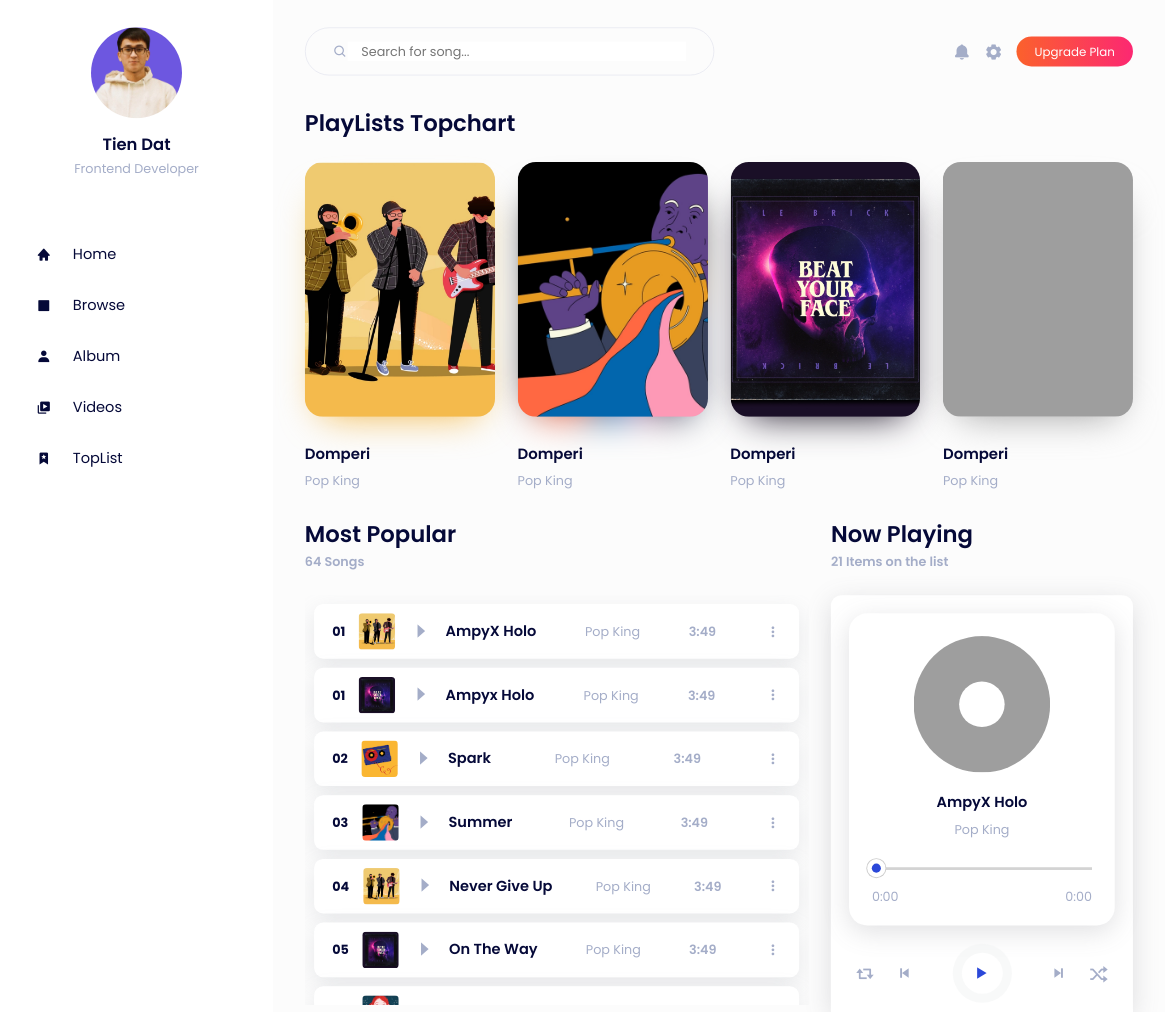
Repository: Datt21/music-webapp
Page: index.html
These files come from the project's save history. The page is drawn as it stood at one moment and after the next save; the edit follows.
The browser window is 1280 px wide. The pictures show the whole page, at 91% of full size.
Pictures or frames that could not be fetched are drawn as grey boxes. An inner scrolling area shows only its first screen. The style sheet was rebuilt from its Sass, Less or Tailwind sources for each picture, by a compiler version that may differ from the author's.

Above is the page before, as saved 2021-09-11 07:50:06.

### index.html
<!DOCTYPE html>
<html lang="en">
<head>
    <meta charset="UTF-8">
    <meta http-equiv="X-UA-Compatible" content="IE=edge">
    <meta name="viewport" content="width=device-width, initial-scale=1.0">
    <title>Music App</title>
    <!--------------- Icon ------------------->
    <link href='https://unpkg.com/boxicons@2.0.9/css/boxicons.min.css' rel='stylesheet'>

    <!-------------- Fonts ------------------>
    <link rel="preconnect" href="https://fonts.gstatic.com" />
    <link
      href="https://fonts.googleapis.com/css2?family=Poppins:wght@300;400;600;700&display=swap"
      rel="stylesheet"
    />

    <!--------------- Css -------------------->
    <link rel="stylesheet" href="./app.css">

</head>
<body>
    <div class="wrapper">
        <div class="sidebar">
            <div class="profile">
                <img src="./images/img-me.jpg" alt="" class="profile-avatar">
                <h3 class="profile-name">Tien Dat</h3>
                <span class="profile-position">Frontend Developer</span>
            </div>

            <ul class="menu">
                <li class="menu-item">
                    <a href="#" class="menu-link">
                        <i class='bx bxs-home menu-icon'></i><span>Home</span>
                    </a>
                </li>
                <li class="menu-item">
                    <a href="#" class="menu-link">
                        <i class='bx bxs-square menu-icon'></i><span>Browse</span>
                    </a>
                </li>
                <li class="menu-item">
                    <a href="#" class="menu-link">
                        <i class='bx bxs-user menu-icon'></i><span>Album</span>
                    </a>
                </li>
                <li class="menu-item">
                    <a href="#" class="menu-link">
                        <i class='bx bxs-videos menu-icon'></i><span>Videos</span>
                    </a>
                </li>
                <li class="menu-item">
                    <a href="#" class="menu-link">
                        <i class='bx bxs-bookmark-star menu-icon'></i><span>TopList</span>
                    </a>
                </li>
            </ul>
        </div>
        <!------ main ------>
        <div class="main">
            <!-- header -->
            <div class="header">
                <div class="search">
                    <i class='bx bx-search search-icon'></i>
                    <input type="text" inputmode="search"
                    placeholder="Search for song..."
                    class="search-input"/>
                </div>
                <div class="tool">
                    <i class='bx bxs-bell tool-icon'></i>
                    <i class='bx bxs-cog tool-icon' ></i>
                    <a href="#" class="tool-upgrade">Upgrade plan</a>
                </div>
            </div>
            <!-- end header -->
            <div class="block-box">
                <h2 class="heading">PlayLists Topchart</h2>
            </div>
            <!-- list -->
            <div class="billboard">
                <div class="billboard-item">
                    <div class="billboard-media">
                        <img src="./images/musicband.jpg" alt="" class="billboard-image">
                        <img src="./images/musicband.jpg" alt="" class="billboard-image-shadow">
                    </div>
                    <h3 class="billboard-title">Domperi</h3>
                    <a href="#" class="billboard-type">Pop King</a>
                </div>
                <div class="billboard-item">
                    <div class="billboard-media">
                        <img src="./images/single.jpg" alt="" class="billboard-image">
                        <img src="./images/single.jpg" alt="" class="billboard-image-shadow">
                    </div>
                    <h3 class="billboard-title">Domperi</h3>
                    <a href="#" class="billboard-type">Pop King</a>
                </div>
                <div class="billboard-item">
                    <div class="billboard-media">
                        <img src="./images/Beat.jpg" alt="" class="billboard-image">
                        <img src="./images/Beat.jpg" alt="" class="billboard-image-shadow">
                    </div>
                    <h3 class="billboard-title">Domperi</h3>
                    <a href="#" class="billboard-type">Pop King</a>
                </div>
                <div class="billboard-item">
                    <div class="billboard-media">
                        <img src="./images/bc272ecce9bec415eb28b7fe65e99117.png" alt="" class="billboard-image">
                        <img src="./images/bc272ecce9bec415eb28b7fe65e99117.png" alt="" class="billboard-image-shadow">
                    </div>
                    <h3 class="billboard-title title">Domperi</h3>
                    <a href="#" class="billboard-type type">Pop King</a>
                </div>


            </div>
            <!-- end list -->
            <!-- content -->
            <div class="content">
                <!-- show lists -->
                <div class="content-item">
                    <div class="block-box">
                        <h2 class="heading">Most popular</h2>
                        <span class="count">64 Songs</span>
                    </div>

                    <div class="song-list" id="show-song">
                        <div class="song" data-index="0">
                            <span class="song-index">01</span>
                            <img src="./images/musicband.jpg" alt="" class="song-image">
                            <i class='bx bx-caret-right song-play' ></i>
                            <h4 class="song-title">AmpyX Holo</h4>
                            <h5 class="song-album">Pop King</h5>
                            <time class="song-time">3:49</time>
                            <i class='bx bx-dots-vertical-rounded song-icon'></i>
                        </div>
                    </div>
                </div>

                <!-- play list -->
                <div class="content-item">
                    <div class="block-box">
                        <h2 class="heading">Now playing</h2>
                        <span class="count">21 Items on the list</span>
                    </div>
                    <div class="player">
                        <div class="player-box">
                            <div class="player-media">
                                <img src="./images/bc272ecce9bec415eb28b7fe65e99117.png" alt="" class="player-image">
                            </div>
                            <h3 class="player-title title">AmpyX Holo</h3>
                            <span class="player-type type">Pop King</span>
                            <div class="progress">
                                <input
                                 type="range"
                                 min="0"
                                 max=""
                                 value="0"
                                 id="progress-bar"
                                 class="bar"
                                 />
                                 <audio src="./Files/TunePocket-Never-Give-Up-Preview.mp3" id="song"></audio>

                            </div>
                            <div class="player-number">
                                <span class="player-duration">0:00</span>
                                <span class="player-remaining">0:00</span>
                            </div>
                        </div>
                        <div class="player-tool">
                            <i class='bx bx-repost player-repeat'></i>
                            <i class='bx bx-skip-previous player-prev'></i>
                            <i class='bx bx-play player-play'></i>
                            <i class='bx bx-skip-next player-next'></i>
                            <i class='bx bx-shuffle player-ramdom'></i>
                        </div>
                    </div>
                </div>
            </div>
            <!-- end content -->


        </div>
        <!------ end main ------>
    </div>


    <!--========= JS =======-->
    <script src="./app.js"></script>
</body>
</html>

### app.js
let playing = true;
let random = false;

const playBtn = document.querySelector('.player-play');
const nextBtn = document.querySelector('.player-next');
const prevBtn = document.querySelector('.player-prev');
const thumb = document.querySelector('.player-image');
// const song = document.querySelector('.player-song');
const songList = document.querySelectorAll('.song');
const songType = document.querySelectorAll('.player-type');
const songTitle = document.querySelectorAll('.player-title');
const progressBar = document.querySelector('#progress-bar');

let songIndex = 0;

let songs = [
    {
        id : '01',
        idd: '1',
        name: 'Ampyx Holo',
        type: 'Pop King',
        image: './images/Beat.jpg',
        song: './files/Picking Up A Girl.mp3'
    },
    {
        id : '02',
        idd: '2',
        name: 'Spark',
        type: 'Pop King',
        image: './images/diadon.jpg',
        song: './files/spark.mp3'
    },
    {
        id : '03',
        idd: '3',
        name: 'Summer',
        type: 'Pop King',
        image: './images/single.jpg',
        song: './files/summer.mp3'
    },
    {
        id : '04',
        idd: '4',
        name: 'Never Give Up',
        type: 'Pop King',
        image: './images/musicband.jpg',
        song: './files/TunePocket-Never-Give-Up-Preview.mp3'
    },
    {
        id : '05',
        idd: '5',
        name: 'On The Way',
        type: 'Pop King',
        image: './images/Beat.jpg',
        song: './files/TunePocket-On-The-Way-To-Eternity-Preview.mp3'
    },
    {
        id : '06',
        idd: '6',
        name: 'A Big Day Ahead',
        type: 'Pop King',
        image: './images/Anne.jpg',
        song: './files/A Big Day Ahead.mp3'
    },
    {
        id : '07',
        idd: '7',
        name: 'A Nature Symphony',
        type: 'Pop King',
        image: './images/Beat.jpg',
        song: './files/A Nature Symphony.mp3'
    },
    {
        id : '08',
        idd: '8',
        name: 'Ampyx Holo',
        type: 'Pop King',
        image: './images/Beat.jpg',
        song: './files/03. Picking Up A Girl.mp3'
    },
    {
        id : '09',
        idd: '9',
        name: 'Ampyx Holo',
        type: 'Pop King',
        image: './images/Beat.jpg',
        song: './files/03. Picking Up A Girl.mp3'
    },
    {
        id : '10',
        idd: '10',
        name: 'Ampyx Holo',
        type: 'Pop King',
        image: './images/Beat.jpg',
        song: './files/03. Picking Up A Girl.mp3'
    },
    {
        id : '11',
        idd: '11',
        name: 'Ampyx Holo',
        type: 'Pop King',
        image: './images/Beat.jpg',
        song: './files/03. Picking Up A Girl.mp3'
    },
    {
        id : '12',
        idd: '12',
        name: 'Ampyx Holo',
        type: 'Pop King',
        image: './images/Beat.jpg',
        song: './files/03. Picking Up A Girl.mp3'
    },
    {
        id : '13',
        idd: '13',
        name: 'Ampyx Holo',
        type: 'Pop King',
        image: './images/Beat.jpg',
        song: './files/03. Picking Up A Girl.mp3'
    },
    {
        id : '14',
        idd: '14',
        name: 'Ampyx Holo',
        type: 'Pop King',
        image: './images/Beat.jpg',
        song: './files/03. Picking Up A Girl.mp3'
    },
];

let show_song = document.querySelector('#show-song');

songs.forEach(e => {
    let list = `
    <div class="song" data-index="${e.idd}">
        <span class="song-index">${e.id}</span>
        <img src="${e.image}" alt="" class="song-image">
        <i class='bx bx-caret-right song-play' ></i>
        <h4 class="song-title">${e.name}</h4>
        <h5 class="song-album">${e.type}</h5>
        <time class="song-time">3:49</time>
        <i class='bx bx-dots-vertical-rounded song-icon'></i>
    </div>
    `
    show_song.insertAdjacentHTML("beforeend", list)
})

function handleClickEachSong(e) {
    const index = parseInt(e.target.dataset.index);
    nextSong(index);
}

function playPause() {
    if(playing) {
        const song = document.querySelector('#song');
        song.play();
        thumb.classList.add('is-playing');
        playBtn.classList.add('bx-pause');
        playing = false;
    }else{
        thumb.classList.remove('is-playing');
        playBtn.classList.remove('bx-pause');
        song.pause();
        clearTimeout(timer);
    }
}

### app.scss
$gray: #050938;
$gray-light: #a4adc8;
$primary: #2b48d9;
$orange: #fb612c;
$red: #fc2872;

html {
    box-sizing: border-box;
}

* {
    margin: 0;
    padding: 0;
}

*,
*:before,
*:after {
    box-sizing: border-box;
}

input,
textarea,
select,
button {
    outline: none;
    font-family: "Poppins", sans-serif;
    font-size: 14px;
    line-height: normal;
}

label,
button {
    cursor: pointer;
}

a {
    text-decoration: none;
}

img {
    display: block;
    max-width: 100%;
}

ul {
    list-style: none;
}

body {
    font-family: "Poppins", sans-serif;
    font-size: 14px;
    line-height: 1;
    background-color: white;
    color: $gray-light;
    -webkit-font-smoothing: antialiased;
    -moz-osx-font-smoothing: grayscale;
    max-width: 1920px;
    margin: 0 auto;
}

.wrapper {
    display: grid;
    grid-template-columns: 300px 1fr;
    grid-gap: 0;
    background-color: #fcfcfc;
    min-height: 130vh;
}

.sidebar {
    padding: 30px;
    background-color: white;
}

.profile {
    text-align: center;
    margin-bottom: 70px;
    &-avatar {
        width: 100px;
        height: 100px;
        border-radius: 100rem;
        object-fit: cover;
        margin: 0 auto 20px;
        box-shadow: rgba(100, 100, 111, 0.2);
    }
    &-name {
        font-weight: 600;
        font-size: 18px;
        color: $gray;
        margin-bottom: 10px;
    }
}

.menu {
    &-item {
        margin-bottom: 20px;
    }
    &-link {
        display: flex;
        align-items: center;
        padding: 10px;
        color: $gray;
        font-size: 16px;
    }
    &-link:hover {
        color: $primary;
    }
    &-icon {
        width: 25px;
        margin-right: 15px;
    }
}

.main {
    padding: 30px 35px 0;
}

.header {
    display: flex;
    justify-content: space-between;
    align-items: center;
    margin-bottom: 40px;
}

.search {
    padding: 15px 30px;
    border: 1px solid #e9ebf2;
    border-radius: 100px;
    display: flex;
    align-items: center;
    width: 100%;
    max-width: 450px;
    &-icon {
        flex: 1;
        font-size: 16px;
    }
    &-input {
        border: 0;
        outline: none;
        width: 100%;
        padding: 0 15px;
    }
}

.tool {
    font-size: 20px;
    display: flex;
    align-items: center;
    &-icon {
        margin-right: 15px;
    }
    &-upgrade {
        display: inline-block;
        padding: 10px 20px;
        color: white;
        align-items: center;
        background-image: linear-gradient(to right, $orange, $red);
        border-radius: 50px;
        font-size: 13px;
        text-transform: capitalize;
    }
}

.block-box {
    margin-bottom: 30px;
}

.heading {
    font-size: 25px;
    color: $gray;
    margin-bottom: 10px;
    font-weight: 600;
    text-transform: capitalize;
}

.billboard {
    display: grid;
    grid-template-columns: repeat(4, 1fr);
    grid-gap: 25px;
    margin-bottom: 40px;
    &-media {
        position: relative;
    }
    &-image {
        width: 100%;
        height: 280px;
        object-fit: cover;
        margin-bottom: 30px;
        position: relative;
        z-index: 2;
        border-radius: 20px;
    }
    &-image-shadow {
        position: absolute;
        top: 20px;
        left: 0;
        filter: blur(24px);
        width: 100%;
        height: 100%;
        border-radius: 20px;
        transform: scale(0.85);
    }
    &-title {
        margin-bottom: 10px;
        color: $gray;
        font-weight: 600;
        text-transform: capitalize;
        display: -webkit-box;
        -webkit-line-clamp: 1;
        -webkit-box-orient: vertical;
        overflow: hidden;
        text-overflow: ellipsis;
        word-break: break-word;
        line-height: 1.4;
    }

    &-type {
        text-transform: capitalize;
        color: $gray-light;
    }
}

.count {
    font-weight: 600;
}

.content {
    display: grid;
    grid-template-columns: 2fr 1.2fr;
    grid-gap: 25px;
}

.song-list {
    padding: 10px;
    max-height: 450px;
    overflow-y: auto;
    -ms-overflow-style: none;
    scrollbar-width: none;
    &::-webkit-scrollbar {
        display: none;
    }
}

.song {
    padding: 10px 20px;
    background-color: white;
    border-radius: 10px;
    box-shadow: rgba(149, 157, 165, 0.2) 0px 8px 24px;
    display: flex;
    align-items: center;
    margin-bottom: 10px;
    cursor: pointer;
    &-index {
        font-weight: bold;
        color: $gray;
        margin-right: 15px;
    }
    &-image {
        width: 40px;
        height: 40px;
        border-radius: 4px;
        object-fit: cover;
        flex-shrink: 0;
    }
    &-play {
        margin: 0 15px;
        font-size: 25px;
    }
    &-title {
        font-weight: 600;
        font-size: 16px;
        color: $gray;
    }
    &-album {
        font-weight: 400;
        font-size: 14px;
        margin-left: auto;
    }
    &-time {
        margin: 0 auto;
        font-weight: 600;
    }
    &-icon {
        font-size: 18px;
        font-weight: 400;
    }
}

.player {
    background-color: white;
    padding: 20px;
    border-radius: 12px 12px 0 0;
    box-shadow: rgba(100, 100, 111, 0.2) 0px 7px 29px 0px;
    &-box {
        box-shadow: rgba(100, 100, 111, 0.2) 0px 7px 29px 0px;
        padding: 25px;
        display: flex;
        align-items: center;
        justify-content: center;
        flex-direction: column;
        text-align: center;
        border-radius: 20px;
        max-width: 300px;
        margin: 0 auto 30px;
    }
    &-media {
        position: relative;
        width: 150px;
        height: 150px;
        border-radius: 100rem;
        margin-bottom: 25px;
        &::before {
            content: "";
            width: 50px;
            height: 50px;
            background-color: white;
            border-radius: 100px;
            position: absolute;
            top: 50%;
            left: 50%;
            transform: translate(-50%, -50%);
            z-index: 10;
        }
    }
    &-image {
        width: 100%;
        height: 100%;
        object-fit: cover;
        border-radius: inherit;
    }
    &-number {
        display: flex;
        justify-content: space-between;
        align-items: center;
        width: 100%;
    }
    &-title {
        font-weight: 600;
        font-size: 16px;
        color: $gray;
        margin-bottom: 15px;
    }

    &-tool {
        display: flex;
        justify-content: space-between;
        align-items: center;
        max-width: 280px;
        margin: 0 auto;
    }
    &-play {
        color: $primary;
        width: 45px;
        height: 45px;
        border-radius: 100rem;
        display: flex;
        justify-content: center;
        align-items: center;
        cursor: pointer;
        background-color: white;
        box-shadow: 0 0 0 10px rgba(#f2f3f4, 0.5);
        font-size: 25px;
        margin: 0 30px;
    }
    &-next,
    &-prev {
        cursor: pointer;
        font-size: 25px;
    }
    &-repeat,
    &-ramdom {
        cursor: pointer;
        font-size: 23px;
    }
}

.player-image.is-playing {
    animation: rotate 10s forwards infinite linear;
}
@keyframes rotate {
    to {
        transform: rotate(360deg);
    }
}

.progress {
    margin-bottom: 20px;
    margin-top: 25px;
    width: 100%;
    position: relative;
}

.player-title.title {
    width: 100%;
    align-self: stretch;
}

.bar {
    -webkit-appearance: none;
    width: 100%;
    height: 3px;
    background: #d3d3d3;
    outline: none;
    -webkit-transition: 0.2s;
    transition: opacity 0.2s;
}

.bar::-webkit-slider-thumb {
    -webkit-appearance: none;
    appearance: none;
    width: 10px;
    height: 10px;
    border-radius: 100rem;
    background-color: $primary;
    box-shadow: 0 0 0 5px white, 0 0 0 6px #ccc;
}

.bar::-moz-range-thumb {
    cursor: pointer;
    width: 10px;
    height: 10px;
    border-radius: 100rem;
    background-color: $primary;
    box-shadow: 0 0 0 5px white, 0 0 0 6px #ccc;
}

After the next save:
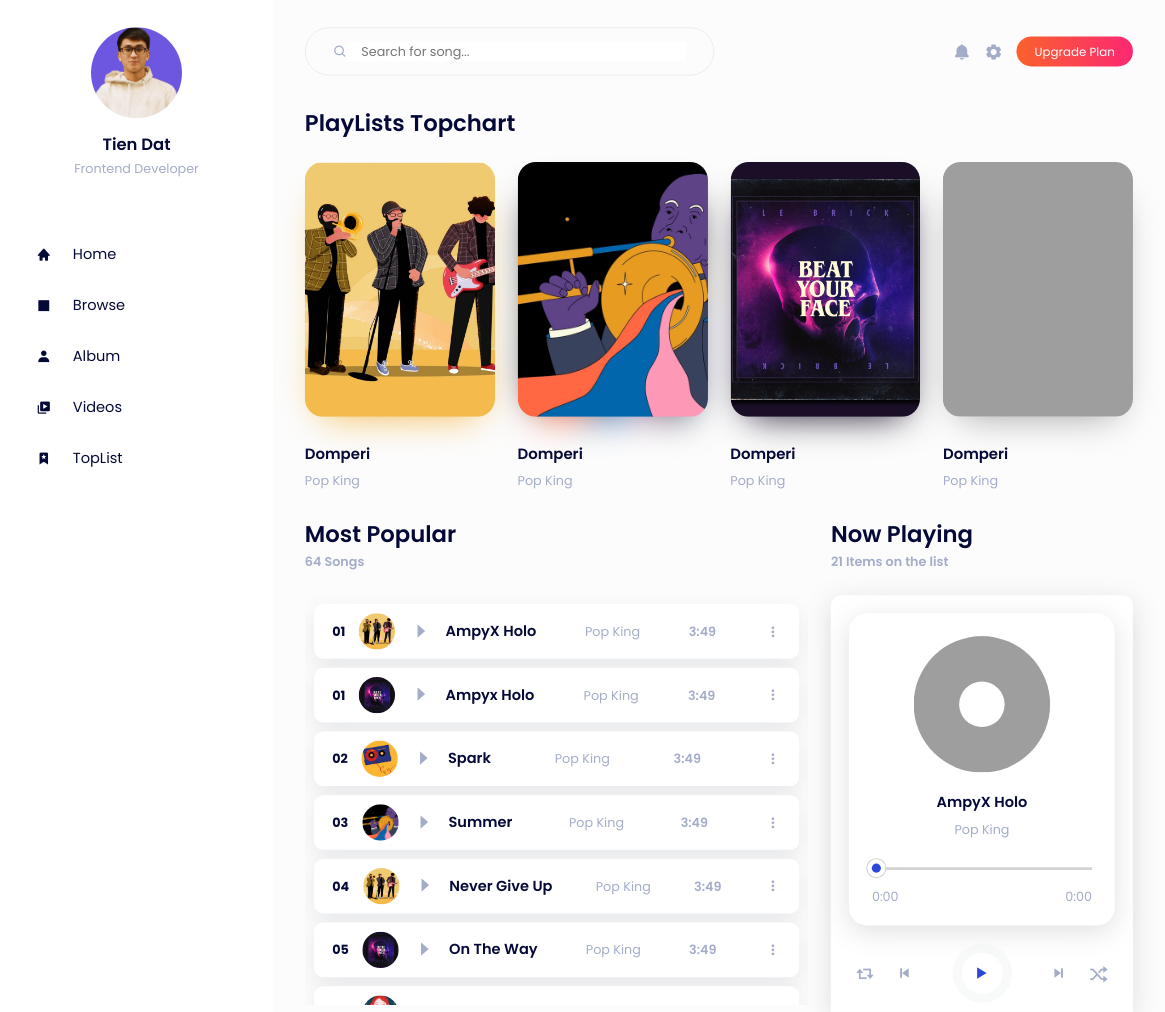
Saved 13 s later.
--- a/app.scss
+++ b/app.scss
@@ -258,7 +258,7 @@
     &-image {
         width: 40px;
         height: 40px;
-        border-radius: 4px;
+        border-radius: 50%;
         object-fit: cover;
         flex-shrink: 0;
     }
